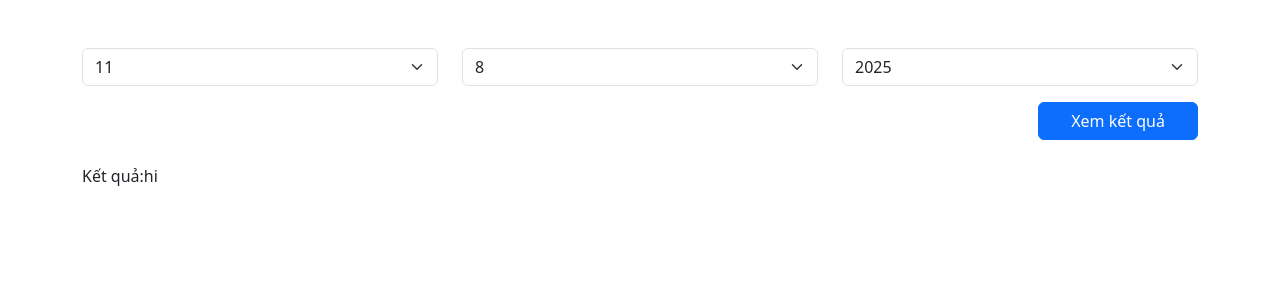
Repository: hoangngocnguyen/JavaNangCao
Page: http://localhost/Test/ngaythang.jsp
The author's editor kept a copy of each file at every save. The page is drawn from the files as they stood at one save, then again after the next save.
The browser window is 1280 px wide. The pictures show the whole page.
After loading, the first visible `button.btn` was clicked once.
The page is served by Tomcat 10. Other server files are loaded and not shown.

Above is the page before, as saved 2025-09-12 15:16:54.

### Test/src/main/webapp/ngaythang.jsp
<%@page import="java.util.Calendar"%>
<%@ page language="java" contentType="text/html; charset=UTF-8" pageEncoding="UTF-8" %>
<!DOCTYPE html>
<html lang="en">

<head>
    <meta charset="UTF-8">
    <meta name="viewport" content="width=device-width, initial-scale=1.0">
    <title>Ngày Tháng Năm</title>
    <script src="https://cdn.jsdelivr.net/npm/@tailwindcss/browser@4"></script>
    <link href="https://cdn.jsdelivr.net/npm/bootstrap@5.3.8/dist/css/bootstrap.min.css" rel="stylesheet"
        integrity="sha384-sRIl4kxILFvY47J16cr9ZwB07vP4J8+LH7qKQnuqkuIAvNWLzeN8tE5YBujZqJLB" crossorigin="anonymous">
    <style type="text/tailwindcss">
        @theme {
        --color-clifford: #da373d;
      }
    </style>
</head>

<body>
    <div class="container mt-5">
        <div class="flex gap-4">
   			<%
             	Calendar c = Calendar.getInstance();
             	int year = c.get(Calendar.YEAR);
             	int month = c.get(Calendar.MONTH);
             	int day = c.get(Calendar.DAY_OF_MONTH);


             %>
            <select class="form-select" aria-label="Default select example" id="DaySelect">
                <%
                	for (int i = 1; i <= 31; i++) {
                		if (i == day) {
                %>
                			<option selected value="<%=day %>"><%=day %></option>
                <%		} else { %>

                			<option value="<%=i %>"><%=i %></option>
                <%		}
                	}
                %>

            </select>
            <select class="form-select" aria-label="Default select example" id="MonthSelect">
                <%
                	for (int i = 1; i <= 12; i++) {
                		if (i == month) {
                %>
                			<option selected value="<%=month %>"><%=month %></option>
                <%		} else { %>

                			<option value="<%=i %>"><%=i %></option>
                <%		}
                	}
                %>
            </select>
            <select class="form-select" aria-label="Default select example" id="YearSelect">
                <%
                	for (int i = year - 10; i <= year; i++) {
                		if (i == year) {
                %>
                			<option selected value="<%=year %>"><%=year %></option>
                <%		} else { %>

                			<option value="<%=i %>"><%=i %></option>
                <%		}
                	}
                %>
            </select>
        </div>
        <div class="mt-3 flex justify-end">
            <button class="btn btn-primary w-40" onclick="handleClick()">Xem kết quả</button>
        </div>
        <div class="mt-4">
            Kết quả:<span id="result">...</span>
        </div>


    </div>
</body>
<script>
    const handleClick = () => {
        const day = document.getElementById("DaySelect").value;
        const month = document.getElementById("MonthSelect").value;
        const year = document.getElementById("YearSelect").value;
        console.log(day, month, year);

        const result = document.getElementById("result");
        result.innerText = "hi"
    }
</script>

</html>

After the next save:
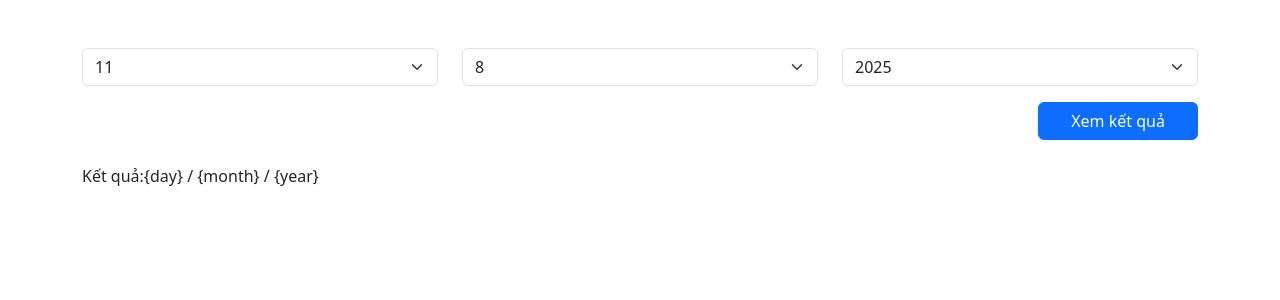
Saved 34 s later.
--- a/Test/src/main/webapp/ngaythang.jsp
+++ b/Test/src/main/webapp/ngaythang.jsp
@@ -87,7 +87,7 @@
         console.log(day, month, year);
 
         const result = document.getElementById("result");
-        result.innerText = "hi"
+        result.innerText = `{day} / {month} / {year}`
     }
 </script>
 
